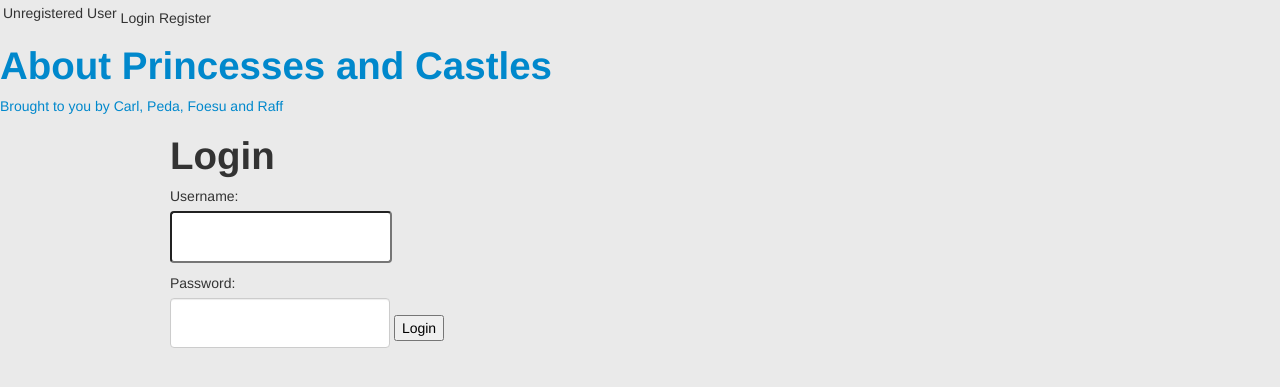
Repository: ese-unibe-ch/ese2014-team2
Page: http://localhost/Skeleton/pages/login.jsp
An editor plug-in stored every save of this project. The page is shown before and after the next save, followed by the edit.
The browser window is 1280 px wide. The pictures show the whole page.
Some web libraries are served in a nearby version. The page is served by Tomcat 9. Nobody is signed in. The application's start-up code is not run. The template is opened directly, without the code that normally fills it, so the values that code supplies are empty.

Above is the page before, as saved 2014-10-19 13:07:42.
Console error (its wording comes from the project's code and is left out).

After the next save:
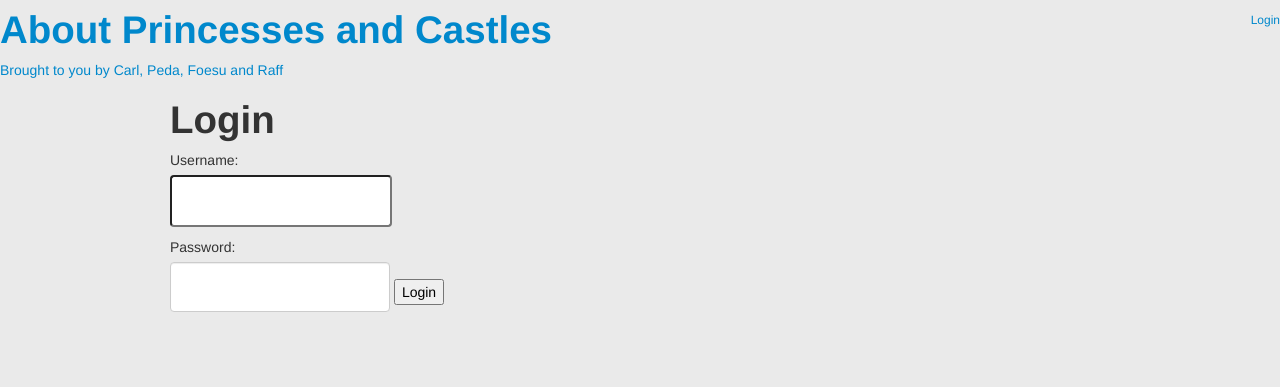
Saved 55 s later.
--- a/Skeleton/src/main/webapp/pages/template/header.jsp
+++ b/Skeleton/src/main/webapp/pages/template/header.jsp
@@ -25,13 +25,33 @@
 </head>
 <body>
 
-<div id="loginbar">
-	<table>
-		<tr>
-			<td><p>Unregistered User</p></td>
-			<td>Login</td>
-			<td>Register</td>
-	</table>
+<div id="bar">
+        <div id="container">
+            <!-- Login Starts Here -->
+            <div id="loginContainer">
+                <a href="#" id="loginButton"><span>Login</span><em></em></a>
+                <div style="clear:both"></div>
+                <div id="loginBox">
+                    <form id="loginForm">
+                        <fieldset id="body">
+                            <fieldset>
+                                <label for="email">Email Address</label>
+                                <input type="text" name="email" id="email" />
+                            </fieldset>
+                            <fieldset>
+                                <label for="password">Password</label>
+                                <input type="password" name="password" id="password" />
+                            </fieldset>
+                            <input type="submit" id="login" value="Sign in" />
+                            <label for="checkbox"><input type="checkbox" id="checkbox" />Remember me</label>
+                        </fieldset>
+                        <span><a href="#">Forgot your password?</a></span>
+                    </form>
+                </div>
+            </div>
+            <!-- Login Ends Here -->
+        </div>
+    </div>
 
 
 
